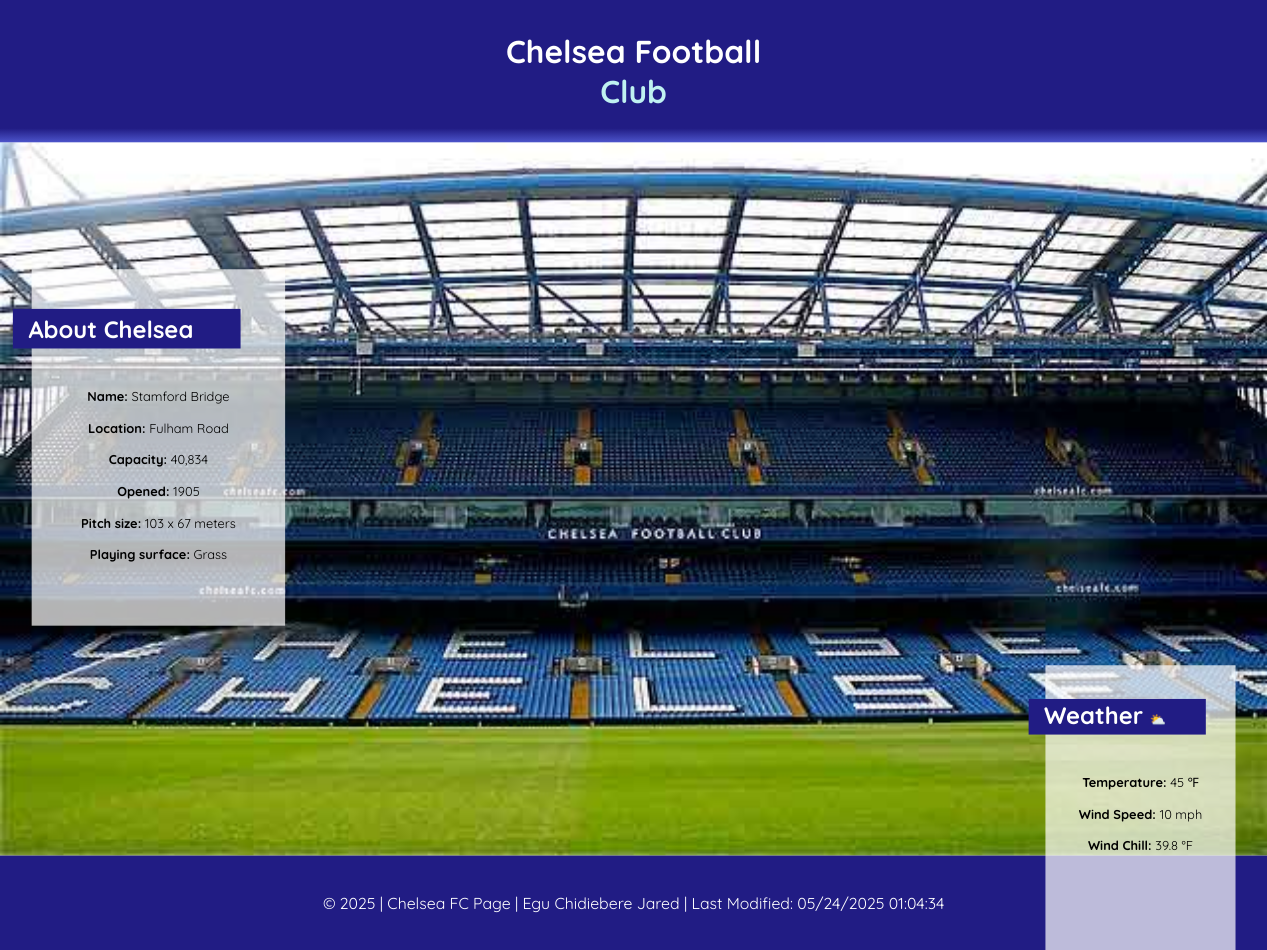
Repository: EguJaredoBoyd/wdd131
Page: place.html
These files come from the project's save history. The page is drawn as it stood at one moment and after the next save; the edit follows.
The browser window is 1280 px wide. The pictures show the whole page, at 99% of full size.
Some web libraries are served in a nearby version.

Above is the page before, as saved 2025-05-26 21:30:29.

### place.html
<!DOCTYPE html>
<html lang="en">

<head>
    <meta charset="UTF-8">
    <meta name="viewport" content="width=device-width, initial-scale=1.0">
    <meta name="description" content="A simple responsive webpage that shows a gallery picture of different temples">
    <meta name="author" content="Egu Chidiebere Jared">
    <title>WDD131 - Chelsea Football Club - Egu Chidiebere Jared</title>
    <link rel="preconnect" href="https://fonts.googleapis.com">
    <link rel="preconnect" href="https://fonts.gstatic.com" crossorigin>
    <link href="https://fonts.googleapis.com/css2?family=Quicksand:wght@300..700&display=swap" rel="stylesheet">
    <link rel="stylesheet" href="https://cdn.jsdelivr.net/npm/remixicon@4.6.0/fonts/remixicon.min.css">
    <link rel="stylesheet" href="./styles/place.css">
    <link rel="stylesheet" href="./styles/place-large.css">
    <script src="./scripts/place.js" defer></script>
</head>
<body>
    <header>
        <h1>Chelsea Football <span class="club"> Club</span></h1>
    </header>
    <main>
        <section class="picture-section">
            <picture>
                <source media="(max-width 768px)" srcset="./images/stamford-bridge.webp" sizes="100vw">
                <source media="(min-width: 769px)" srcset="./images/stanford-bridge.webp" sizes="100vw">
                <img src="./images/stamford-bridge.webp" alt="stamford bridge">
            </picture>
        </section>
        <section class="info">
            <h2>About Chelsea</h2>
            <div class="about">
                <p><strong>Name: </strong> Stamford Bridge</p>
                <p><strong>Location: </strong>Fulham Road</p>
                <p><strong>Capacity: </strong>40,834</p>
                <p><strong>Opened: </strong>1905</p>
                <p><strong>Pitch size: </strong>103 x 67 meters</p>
                <p><strong>Playing surface: </strong>Grass</p>
            </div>

        </section>
        <section class="weather">
            <h2>Weather <span class="emoji">⛅</span></h2>
            <img src="./images/sun-icon.svg" alt="Sun Icon">
            <div>
                <p><strong>Temperature: </strong><span id="temp">45</span> ℉</p>
                <p><strong>Wind Speed: </strong><span id="speed">10</span> mph</p>
                <p><strong>Wind Chill: </strong><span id="chill"></span></p>
            </div>

        </section>
    </main>
    <footer>
        <p>&copy; <span id="year"></span> | Chelsea FC Page | Egu Chidiebere Jared |  Last Modified: <span id="lastModified"></span></p>
    </footer>

</body>
</html>

### styles/place.css
:root {
    --primary-color: #211C84;
    --secondary-color: #4D55CC;
    --accent-color:#7A73D1;
    --font-stack:"Quicksand", sans-serif;

}
*{
    margin: 0;
    padding: 0;
    box-sizing: border-box;
    font-family: var(--font-stack);
}
header{
    width: 100%;
    background-color: var(--primary-color);
    color: white;
    padding: 2rem;
    background: linear-gradient(to bottom , var(--primary-color) 90%, var(--secondary-color) 100%);

}
header h1{
    display: flex;
    flex-direction: column;
    justify-content: center;
    align-items: center;
    margin: auto;
}

.club{
    align-self: center;
    color: rgb(191, 241, 241);
}
section picture img{
    width: 100vw;
    height: auto;
    display: block;
}
.info, .weather{
    display: flex;
    flex-direction: column;
    justify-content: center;
    align-items: center;
    margin-top: 2rem;
    line-height: 2.5rem;
}
.info h2, .weather h2{
    margin: 2rem 0;
}
.about p, .weather p{
    text-align: center;
}

.weather img{
    width: 24vw;
    margin-bottom: 2rem;
}
.emoji{
    display: none;
}
footer{
    background-color: var(--primary-color);
    color: white;
    padding: 2rem;
    text-align: center;
    line-height: 2rem;
}

### styles/place-large.css
@media only screen and (min-width:767px) {
    .picture-section{
        position: relative;
    }
    .info{
        position: absolute;
        background-color: rgba(255, 255, 255, 0.7);
        width: 20vw;
        height: 50vh;
        top: 15rem;
        left: 2rem;
    }
    .info > .about{
        font-size: small;
        line-height: 2rem;

    }
    .info h2{
        margin-bottom: 2rem;
        margin-top: -1rem;
        background-color: var(--primary-color);
        color: white;
        margin-left: -4rem;
        padding-right: 3rem;
        padding-left: 1rem;
    }
    .weather{
        position: absolute;
        background-color: rgba(255, 255, 255, 0.7);
        width: 15vw;
        height: 40vh;
        bottom: -15rem;
        right: 2rem;
        line-height: 2rem;

    }
    .weather > * :not(h2){
        font-size: small;
    }
    .weather > img{
        display: none;
    }
    .emoji{
        display: contents;
    }
    .weather h2{
        padding-left: 1rem;
        padding-right: 2.5rem;
        margin-left: -3rem;
        background-color: var(--primary-color);
        margin-top: -3.5rem;
        color: white;

    }


}

### scripts/place.js
const temp = parseFloat(document.getElementById("temp").textContent);
const speed = parseFloat(document.getElementById("speed").textContent);
const chillSpan = document.getElementById("chill");

function calculateWindChill(t, s){
    return (35.74 + 0.6215 * t - 35.75 * Math.pow(s, 0.16) + 0.4275 * t * Math.pow(s, 0.16)).toFixed(1);

}

if (temp <= 50 && speed > 3) {
    chillSpan.textContent = calculateWindChill(temp, speed) + ' °F';
}
else {
    chillSpan.textContent = 'N/A';
}




document.getElementById("year").textContent = new Date().getFullYear();
document.getElementById("lastModified").textContent = document.lastModified;

After the next save:
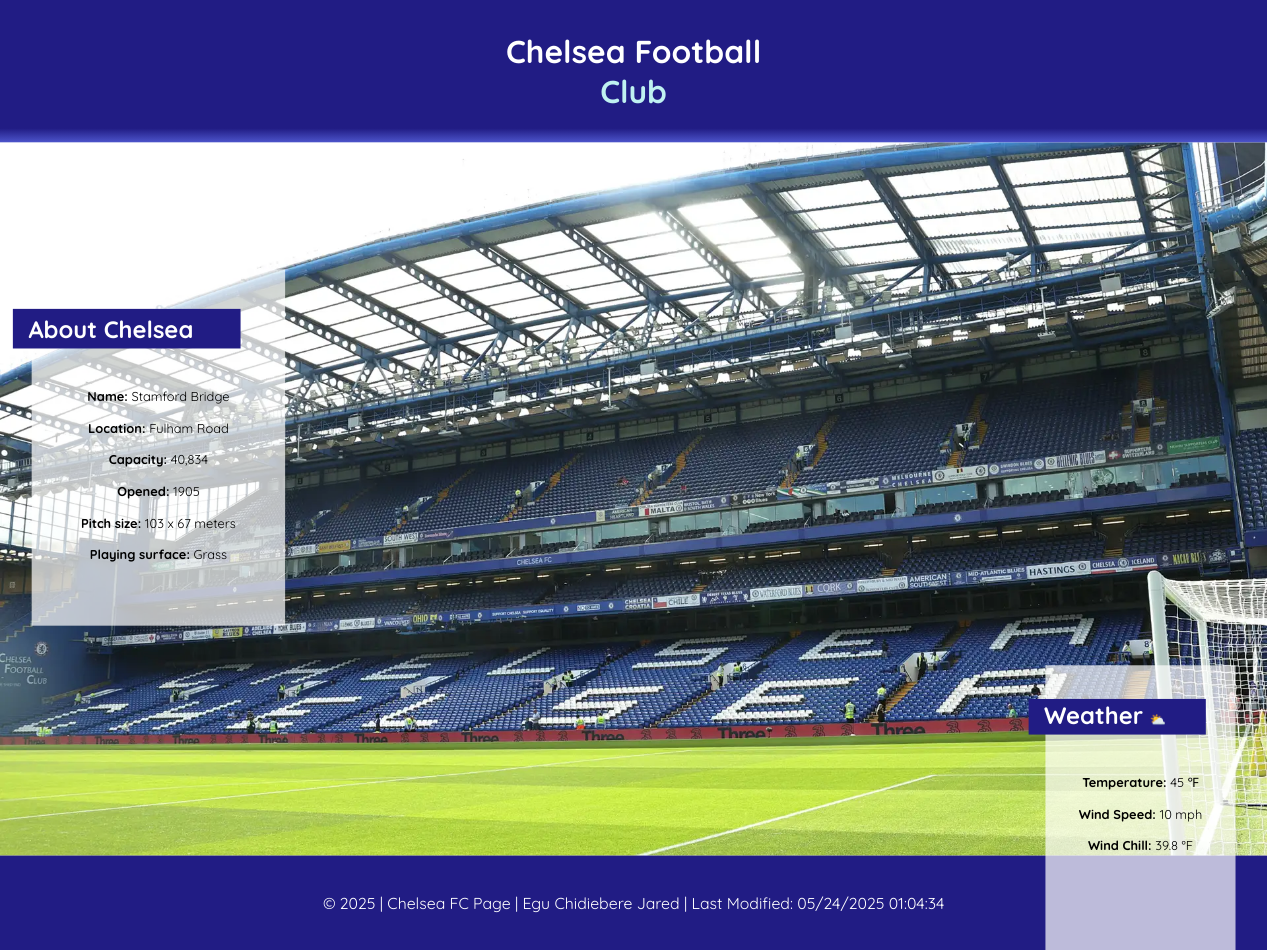
Saved 11 min 17 s later.
--- a/place.html
+++ b/place.html
@@ -23,7 +23,7 @@
         <section class="picture-section">
             <picture>
                 <source media="(max-width 768px)" srcset="./images/stamford-bridge.webp" sizes="100vw">
-                <source media="(min-width: 769px)" srcset="./images/stanford-bridge.webp" sizes="100vw">
+                <source media="(min-width: 769px)" srcset="./images/stamford-large.webp" sizes="100vw">
                 <img src="./images/stamford-bridge.webp" alt="stamford bridge">
             </picture>
         </section>
